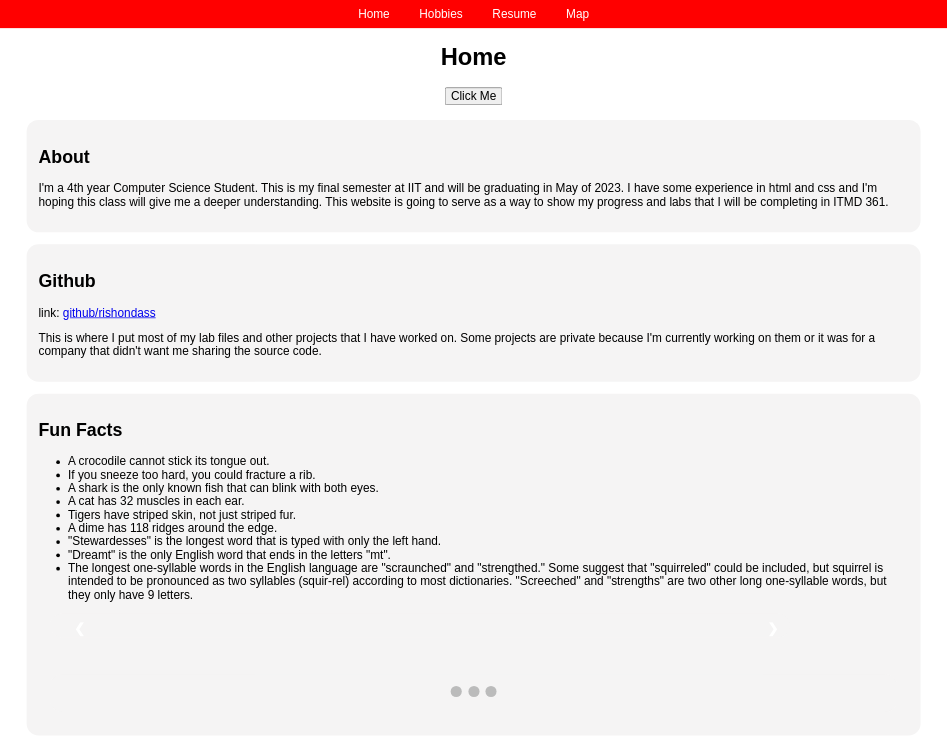
Repository: rishondass/ITMD361-Project3
Page: index.html
The author's editor kept a copy of each file at every save. The page is drawn from the files as they stood at one save, then again after the next save.
The browser window is 1280 px wide. The pictures show the whole page, at 74% of full size.

Above is the page before, as saved 2023-04-28 19:00:59.

After the next save:
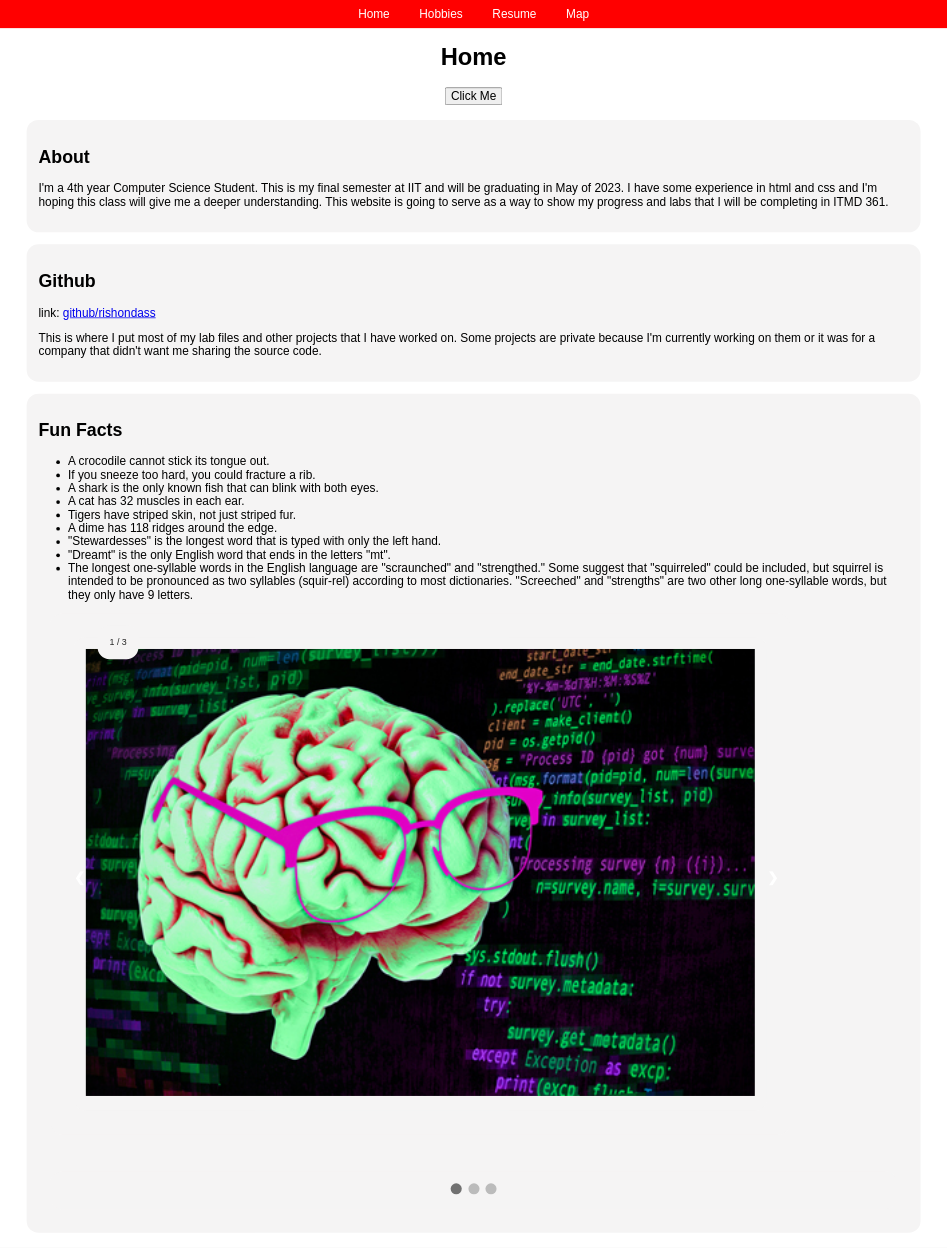
Saved 7 s later.
--- a/index.html
+++ b/index.html
@@ -125,5 +125,6 @@
 
     </div>
   </div>
+  <script src="./js/slideshow.js"></script>
 </body>
 </html>
